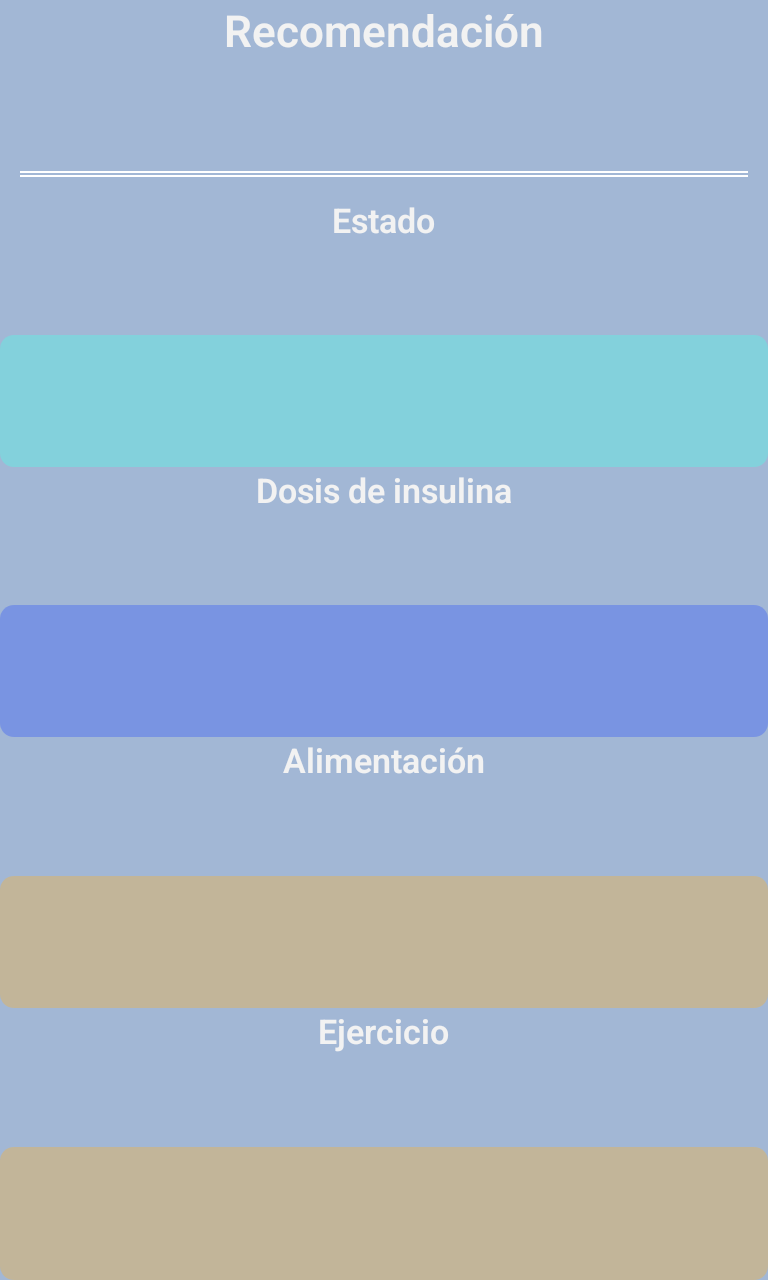
Repository: HectorGarciaMiguel/ssii-diabetes-060036
Layout: SeguimientoDiabetes/res/layout/activity_recomendacion.xml
These files come from the project's save history. The layout is drawn as it stood at one moment and after a run of saves; the edit follows.
Pictures or frames that could not be fetched are drawn as grey boxes. It is drawn on a 768 x 1280 px phone screen (xhdpi) without system bars, with theme AppTheme; the app's code is not run.

Above is the layout before, as saved 2015-11-18 11:02:02.

### SeguimientoDiabetes/res/layout/activity_recomendacion.xml
<TableLayout xmlns:android="http://schemas.android.com/apk/res/android"
    xmlns:tools="http://schemas.android.com/tools"
    android:id="@+id/TableLayout1"
    android:layout_width="fill_parent"
    android:layout_height="wrap_content"
    android:layout_gravity="top|center"
    android:stretchColumns="*"
    tools:context=".MainActivity" >

    <TableRow
        android:id="@+id/tableRow1"
        android:layout_width="0px"
        android:layout_height="0px"
        android:layout_weight="2">

        <TextView
            android:id="@+id/textView1"
            android:layout_width="fill_parent"
            android:layout_height="fill_parent"
            android:layout_gravity="center_horizontal|center_vertical"
            android:text="Recomendación"
            style="@style/RobotoStyleTextViewNegrita"/>

    </TableRow>

           <View
    		android:layout_height="1dp"
    		android:layout_marginTop="10dp"
    		android:layout_marginRight="10dp"
    		android:layout_marginLeft="10dp"
    		android:layout_marginBottom="1dp"
    		android:background="#FFFFFF"/>
          <View
    		android:layout_height="1dp"
    		android:layout_marginRight="10dp"
    		android:layout_marginLeft="10dp"
    		android:layout_marginBottom="10dp"
    		android:background="#FFFFFF"/>


    <TableRow
        android:id="@+id/tableRow8"
        android:layout_width="0px"
        android:layout_height="0px"
        android:layout_weight="2">

        <TextView
            android:id="@+id/textView8"
            android:layout_width="wrap_content"
            android:layout_height="fill_parent"
            android:layout_gravity="center_horizontal|center_vertical"
            android:text="Estado"
            android:textStyle="bold"/>

    </TableRow>

    <TableRow
        android:id="@+id/tableRow9"
        android:layout_width="0px"
        android:layout_height="0px"
        android:layout_weight="1"
        android:background="@drawable/sombreadoverde">

        <TextView
            android:id="@+id/textView9"
            android:layout_width="wrap_content"
            android:layout_height="wrap_content"
            android:padding="10dp" />

    </TableRow>

    <TableRow
        android:id="@+id/tableRow2"
        android:layout_width="0px"
        android:layout_height="0px"
        android:layout_weight="2" >

        <TextView
            android:id="@+id/textView2"
            android:layout_width="wrap_content"
            android:layout_height="fill_parent"
            android:text="Dosis de insulina"
            android:layout_gravity="center_horizontal|center_vertical"
            android:textStyle="bold" />

    </TableRow>

    <TableRow
        android:id="@+id/tableRow3"
        android:layout_width="0px"
        android:layout_height="0px"
        android:layout_weight="1"
        android:background="@drawable/sombreadoazul" >

        <TextView
            android:id="@+id/textView3"
            android:layout_width="wrap_content"
            android:layout_height="wrap_content"
            android:padding="10dp" />

    </TableRow>

    <TableRow
        android:id="@+id/tableRow4"
        android:layout_width="0px"
        android:layout_height="0px"
        android:layout_weight="2" >

        <TextView
            android:id="@+id/textView4"
            android:layout_width="wrap_content"
            android:layout_height="fill_parent"
            android:layout_gravity="center_horizontal|center_vertical"
            android:text="Alimentación"
            android:textStyle="bold"/>

    </TableRow>

    <TableRow
        android:id="@+id/tableRow5"
        android:layout_width="0px"
        android:layout_height="0px"
        android:layout_weight="1"
        android:background="@drawable/sombreadonaranja">

        <TextView
            android:id="@+id/textView5"
            android:layout_width="wrap_content"
            android:layout_height="wrap_content"
            android:padding="10dp" />

    </TableRow>

    <TableRow
        android:id="@+id/tableRow6"
        android:layout_width="0px"
        android:layout_height="0px"
        android:layout_weight="2" >

        <TextView
            android:id="@+id/textView6"
            android:layout_width="wrap_content"
            android:layout_height="fill_parent"
            android:text="Ejercicio"
            android:layout_gravity="center_horizontal|center_vertical"
            android:textStyle="bold" />

    </TableRow>


    <TableRow
        android:id="@+id/tableRow7"
        android:layout_width="0px"
        android:layout_height="0px"
        android:layout_weight="1"
        android:background="@drawable/sombreadonaranja">>

        <TextView
            android:id="@+id/textView7"
            android:layout_width="wrap_content"
            android:layout_height="wrap_content"
            android:padding="10dp" />

    </TableRow>

</TableLayout>

### SeguimientoDiabetes/res/values/styles.xml
<resources xmlns:android="http://schemas.android.com/apk/res/android">

    <!--
        Base application theme, dependent on API level. This theme is replaced
        by AppBaseTheme from res/values-vXX/styles.xml on newer devices.
    -->
    <style name="AppBaseTheme" parent="android:Theme.Holo.Light">
        <!--
            Theme customizations available in newer API levels can go in
            res/values-vXX/styles.xml, while customizations related to
            backward-compatibility can go here.
        -->


    </style>

    <!-- Application theme. -->
    <style name="AppTheme" parent="AppBaseTheme">
        <!-- All customizations that are NOT specific to a particular API-level can go here. -->

                                   <item name="android:windowBackground">@drawable/fondo2</item>
                                   <item name="android:windowActionBarOverlay">true</item>
                                    <item name="android:windowActionBar">false</item>
    								<item name="android:windowNoTitle">true</item>


   									<item name="android:textViewStyle">@style/RobotoStyleTextView</item>
    								<item name="android:editTextStyle">@style/RobotoStyleEditText</item>
   									<item name="android:textAppearance">@style/RobotoStyle</item>


    </style>


    <style name="Boton" parent="android:Theme.Holo.Light">
       <item name="android:layout_width">fill_parent</item>
       <item name="android:layout_height">fill_parent</item>
       <item name="android:textColor">#F2F2F2</item>
       <item name="android:textStyle">bold</item>
       <item name="android:layout_margin">30px</item>
       <item name="android:textSize">18sp</item>
    </style>



    <style name="RobotoStyleTextView" parent="android:Widget.TextView">
    	<item name="android:fontFamily">sans-serif-light</item>
    	<item name="android:textColor">#F2F2F2</item>
    	<item name="android:textSize">17sp</item>
	</style>

    <style name="RobotoStyleTextViewNegrita" parent="android:Widget.TextView">
    	<item name="android:fontFamily">sans-serif-light</item>
    	<item name="android:textColor">#F2F2F2</item>
    	<item name="android:textSize">22sp</item>
    	<item name="android:textStyle">bold</item>
	</style>

      <style name="RobotoStyleEditText" parent="android:Widget.EditText">
    	<item name="android:fontFamily">sans-serif-light</item>
    	<item name="android:textColor">#F2F2F2</item>
    	<item name="android:textSize">20sp</item>
	</style>

     <style name="RobotoStyle" >
    	<item name="android:fontFamily">sans-serif-light</item>
    	<item name="android:textColor">#F2F2F2</item>
    	<item name="android:textSize">20sp</item>
	</style>


    <style name="SombreadoVerde" parent="@style/RobotoStyleTextView">
    	<item name="android:background">#306DE7D9</item>

    </style>


</resources>

### SeguimientoDiabetes/res/drawable/sombreadoverde.xml
<?xml version="1.0" encoding="UTF-8"?>
<shape xmlns:android="http://schemas.android.com/apk/res/android">
    <solid android:color="#6050FCE8"/>
    <corners android:radius="7dp"/>
</shape>

### SeguimientoDiabetes/res/drawable/sombreadoazul.xml
<?xml version="1.0" encoding="UTF-8"?>
<shape xmlns:android="http://schemas.android.com/apk/res/android">
    <solid android:color="#60355CF7"/>
    <corners android:radius="7dp"/>
</shape>

### SeguimientoDiabetes/res/drawable/sombreadonaranja.xml
<?xml version="1.0" encoding="UTF-8"?>
<shape xmlns:android="http://schemas.android.com/apk/res/android">
    <solid android:color="#60F7B335"/>
    <corners android:radius="7dp"/>
</shape>

Loaded but not shown: SeguimientoDiabetes/res/values-v11/styles.xml (common file); SeguimientoDiabetes/res/values-v14/styles.xml (common file)

After the next 2 saves:
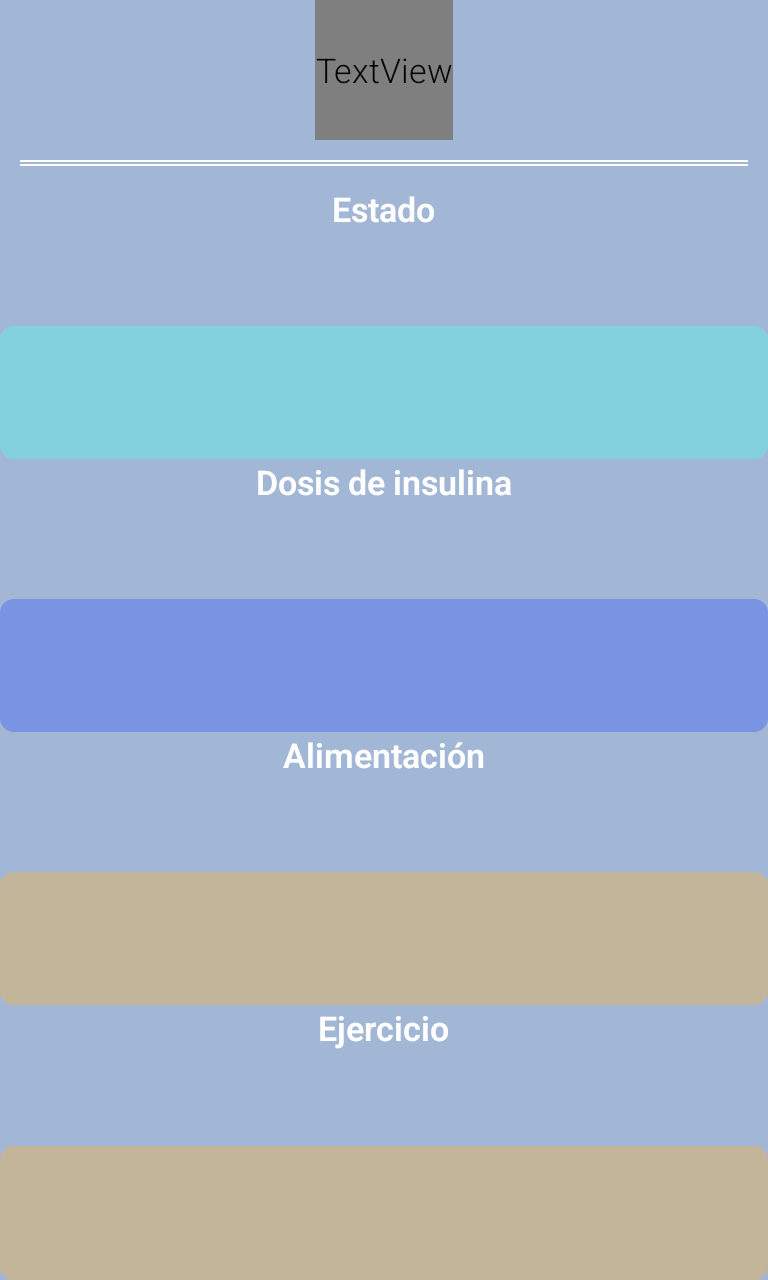
The 2 saves are shown as one change because 1 did not build or start.
The last was saved 8 min 18 s later.
--- a/SeguimientoDiabetes/res/values/styles.xml
+++ b/SeguimientoDiabetes/res/values/styles.xml
@@ -45,26 +45,26 @@
 
     <style name="RobotoStyleTextView" parent="android:Widget.TextView">
     	<item name="android:fontFamily">sans-serif-light</item>
-    	<item name="android:textColor">#F2F2F2</item>
+    	<item name="android:textColor">#FFFFFF</item>
     	<item name="android:textSize">17sp</item>
 	</style>
 
     <style name="RobotoStyleTextViewNegrita" parent="android:Widget.TextView">
     	<item name="android:fontFamily">sans-serif-light</item>
-    	<item name="android:textColor">#F2F2F2</item>
+    	<item name="android:textColor">##FFFFFF</item>
     	<item name="android:textSize">22sp</item>
     	<item name="android:textStyle">bold</item>
 	</style>
 
       <style name="RobotoStyleEditText" parent="android:Widget.EditText">
     	<item name="android:fontFamily">sans-serif-light</item>
-    	<item name="android:textColor">#F2F2F2</item>
+    	<item name="android:textColor">##FFFFFF</item>
     	<item name="android:textSize">20sp</item>
 	</style>
 
      <style name="RobotoStyle" >
     	<item name="android:fontFamily">sans-serif-light</item>
-    	<item name="android:textColor">#F2F2F2</item>
+    	<item name="android:textColor">#FFFFFF</item>
     	<item name="android:textSize">20sp</item>
 	</style>
 
